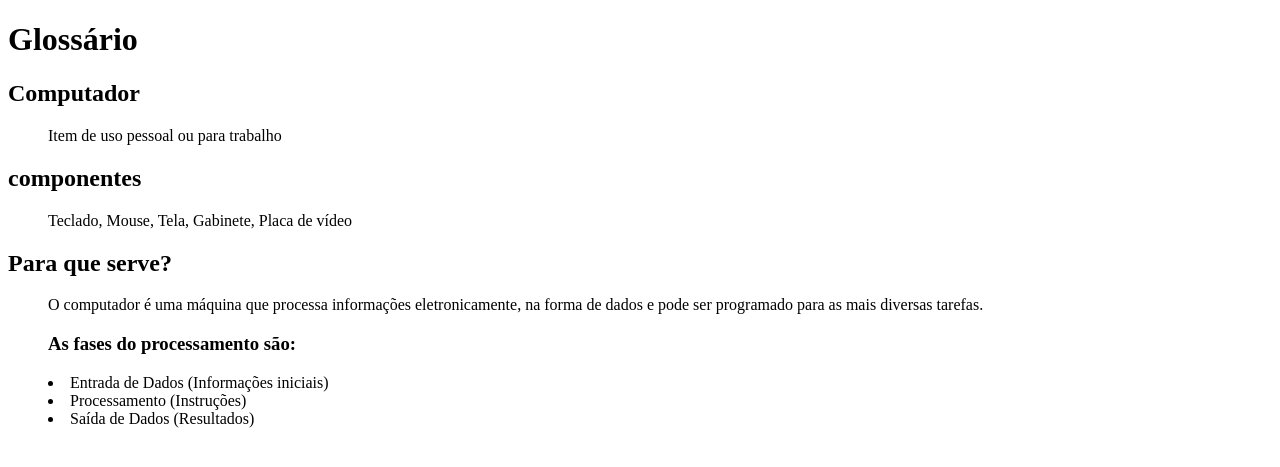
Repository: RenatoCCS/Mais1Code
Page: Rocketseat/Fundamentar/01 - O guia estelar de HTML/Desafios/1_Glossario/glossary.html
The author's editor kept a copy of each file at every save. The page is drawn from the files as they stood at one save, then again after a run of saves.
The browser window is 1280 px wide. The pictures show the whole page.

Above is the page before, as saved 2022-04-18 20:50:53.

After the next 4 saves:
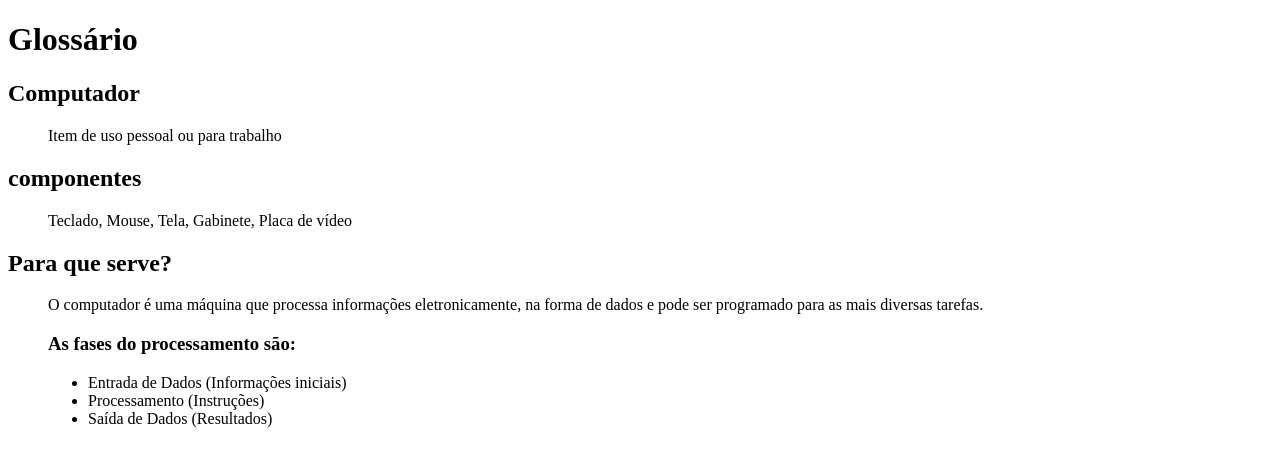
The 4 saves are shown as one change because they came seconds apart.
The last was saved 12 s later.
--- a/Rocketseat/Fundamentar/01 - O guia estelar de HTML/Desafios/1_Glossario/glossary.html
+++ b/Rocketseat/Fundamentar/01 - O guia estelar de HTML/Desafios/1_Glossario/glossary.html
@@ -20,10 +20,11 @@
 <dd><p>O computador é uma máquina que processa informações eletronicamente, na forma de dados e pode ser programado para as mais diversas tarefas.
 
     <h3>As fases do processamento são:</h3>
-    <ul></ul>
-    <li>Entrada de Dados (Informações iniciais)</li>
-    <li>Processamento (Instruções)</li>
-    <li>Saída de Dados (Resultados)</li>
+    <ul>
+        <li>Entrada de Dados (Informações iniciais)</li>
+        <li>Processamento (Instruções)</li>
+        <li>Saída de Dados (Resultados)</li>
+     </ul>
 
 
 
